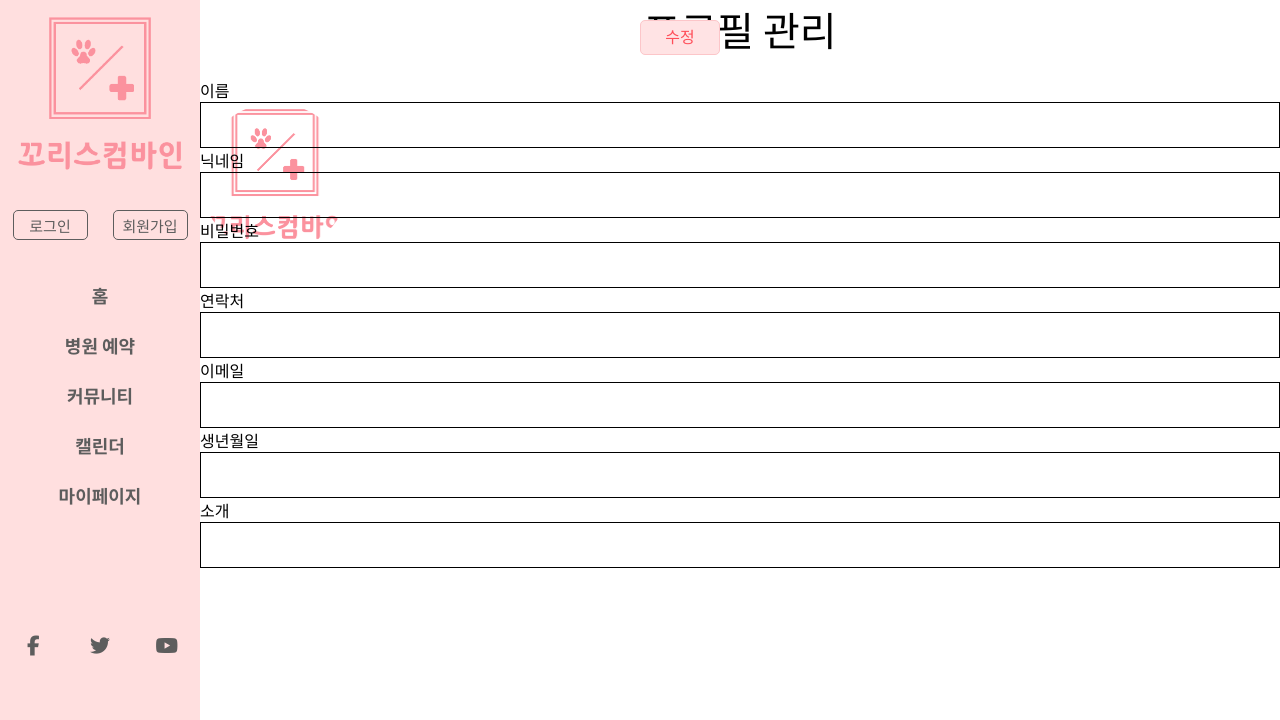
Repository: dodnam/kkoris
Page: http://localhost/1_kkoris/reservation2.jsp
These files come from the project's save history. The page is drawn as it stood at one moment and after the next save; the edit follows.
The browser window is 1280 px wide. The pictures show the whole page.
Some web libraries are served in a nearby version. The page is served by Tomcat 9.

Above is the page before, as saved 2020-02-17 15:22:38.

After the next save:
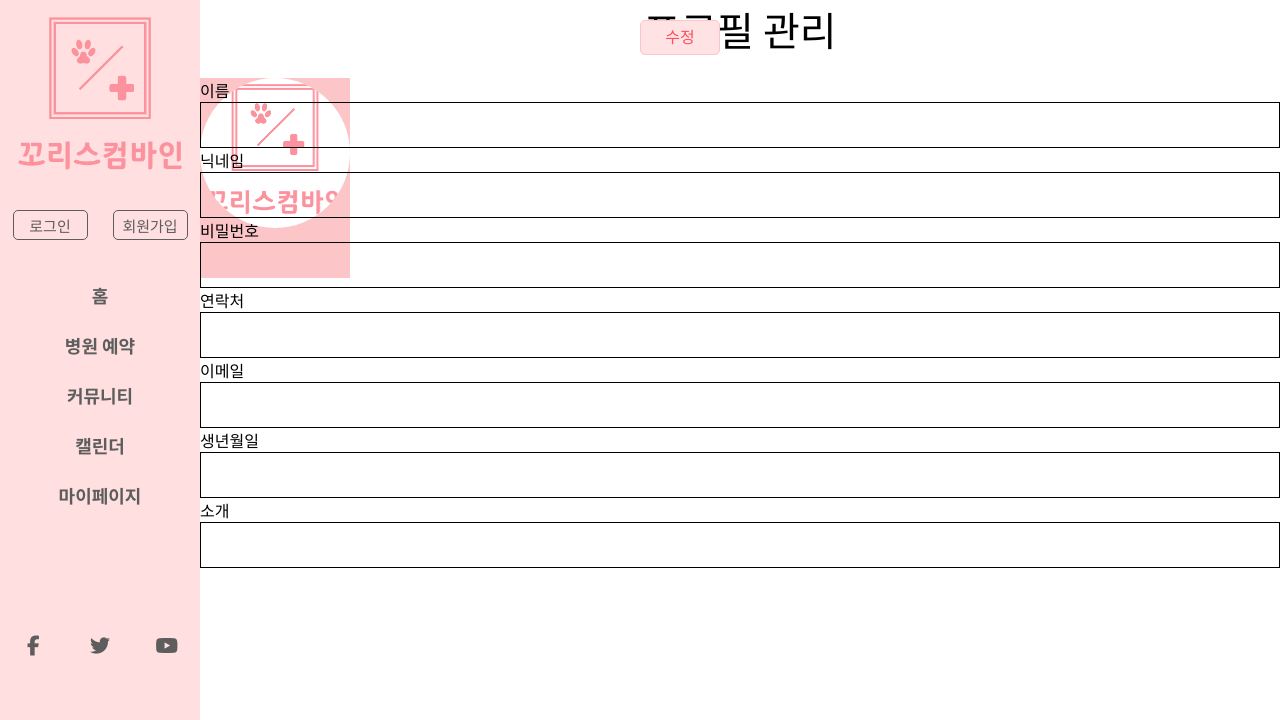
Saved 8 min 30 s later.
--- a/1_kkoris/WebContent/reservation2.jsp
+++ b/1_kkoris/WebContent/reservation2.jsp
@@ -9,7 +9,7 @@
 <link rel="stylesheet" type="text/css" href="<%= request.getContextPath() %>/css/layout.css"/>
 <style>
 	.box_con{height:200px; background-color:#fcc6c9; position:absolute;}
-	.box{width: 150px; height:150px; border-radius:70%; overflow:hidden; background-color:#fff;top:20px; position:absolute; right:0;left:0;top:0;bottom:0; margin:auto;}
+	.box{width: 150px; height:150px; border-radius:70%; overflow:hidden; background-color:#fff;top:20px;}
 	.profile{width: 100%; height:100%; object-fit:cover; display:block; margin:0px auto;}
 	.userTitle{font-size:40px; text-align:center; top:30px;}
 	.submit{line-height: 30px; text-align: center; background-color: #ffe3e4; color:#ff4e59;border: 1px solid #fcc6c9; border-radius: 5px; width: 80px; height: 35px; position: absolute;left:50%;top:20px; outline:none;}
